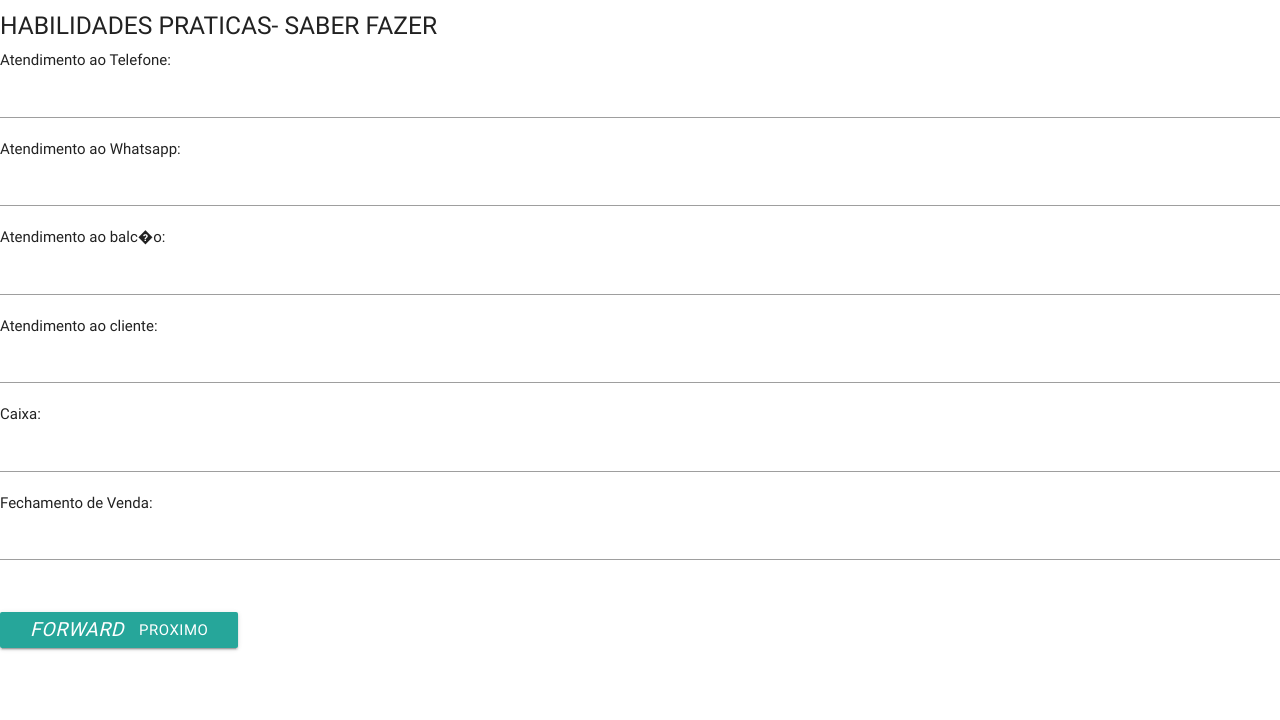
Repository: cspreng/Questionario
Page: http://localhost/cadastro/habilidades
An editor plug-in stored every save of this project. The page is shown before and after the next save, followed by the edit.
The browser window is 1280 px wide. The pictures show the whole page.
The page is this project's Thymeleaf template; nobody is signed in. The template is opened directly, without the code that normally fills it, so the values that code supplies are empty.

Above is the page before, as saved 2021-07-27 03:13:45.
Console error: ReferenceError: $ is not defined

### questionario/src/main/resources/templates/cadastro/habilidades.html
<!DOCTYPE html>
<html xmlns:th="http://thymeleaf.org"
	  xmlns:layout="http://www.ultraq.net.nz/thymeleaf/layout">

<head>
	<title>INDICADORES COMPOSTAMENTAIS</title>
	<!--Import Google Icon Font-->
      <link href="https://fonts.googleapis.com/icon?family=Material+Icons" rel="stylesheet">
      <!--Import materialize.css-->
      <link type="text/css" rel="stylesheet" href="materialize/css/materialize.min.css"  media="screen,projection"/>

      <!--Let browser know website is optimized for mobile-->
      <meta name="viewport" content="width=device-width, initial-scale=1.0"/>
<body>

	<h5>HABILIDADES PRATICAS- SABER FAZER</h5>
	<form method="post">
		Atendimento ao Telefone: <input type="text" value= "" name="telefone"/>
	Atendimento ao Whatsapp: <input type="text" value= "" name="whatsapp"/>
		Atendimento ao balcão: <input type="text" value= "" name="balcao"/>
		Atendimento ao cliente: <input type="text" value= "" name="cliente"/>
		Caixa: <input type="text" value= "" name="caixa"/>
		Fechamento de Venda: <input type="text" value= "" name="fecharVenda"/>



		<h3><a href= "/atitude" class="waves-effect waves-light btn"><i class="material-icons left">forward</i>Proximo</a></h3>


	</form>


	<script type="text/javascript" src="materialize/js/materialize.min.js"></script>
</body>

</head>


</html>

Loaded but not shown: questionario/src/main/resources/static/materialize/css/materialize.min.css (library); questionario/src/main/resources/static/materialize/js/materialize.min.js (library)

After the next save:
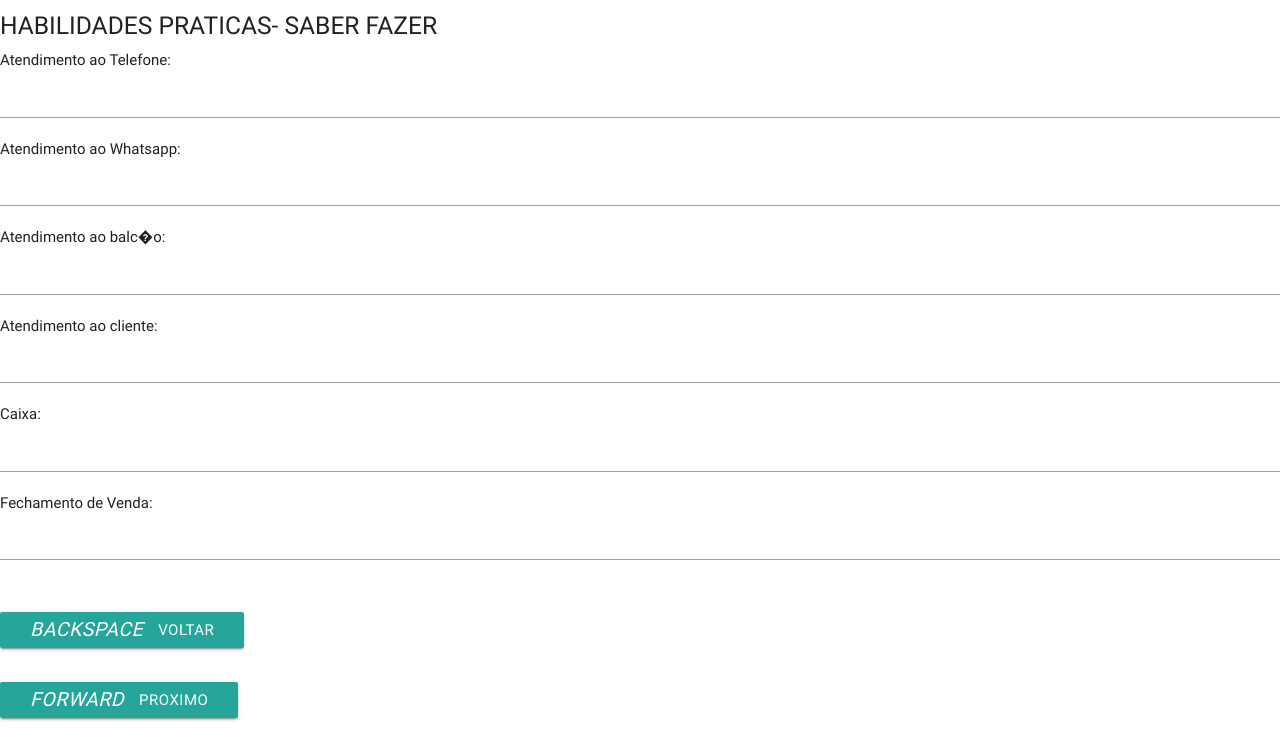
Saved 35 s later.
--- a/questionario/src/main/resources/templates/cadastro/habilidades.html
+++ b/questionario/src/main/resources/templates/cadastro/habilidades.html
@@ -23,7 +23,7 @@
 		Fechamento de Venda: <input type="text" value= "" name="fecharVenda"/>
 
 
-
+		<h3><a href= "/conhecimentos" class="waves-effect waves-light btn"><i class="material-icons left">backspace</i>Voltar</a></h3>
 		<h3><a href= "/atitude" class="waves-effect waves-light btn"><i class="material-icons left">forward</i>Proximo</a></h3>
 
 
